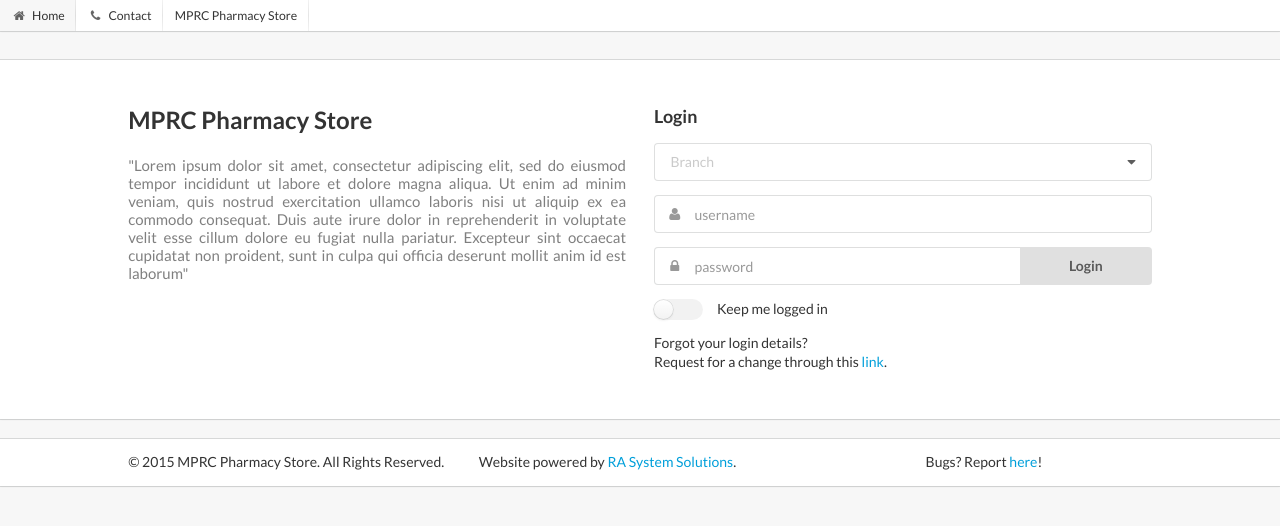
Repository: thdrwngkd/oims
Page: public/index.html
The author's editor kept a record of every edit. The page is drawn from the files as they stood at one moment, then again after the next edit.
The browser window is 1280 px wide. The pictures show the whole page.

Above is the page before.

After the next edit:
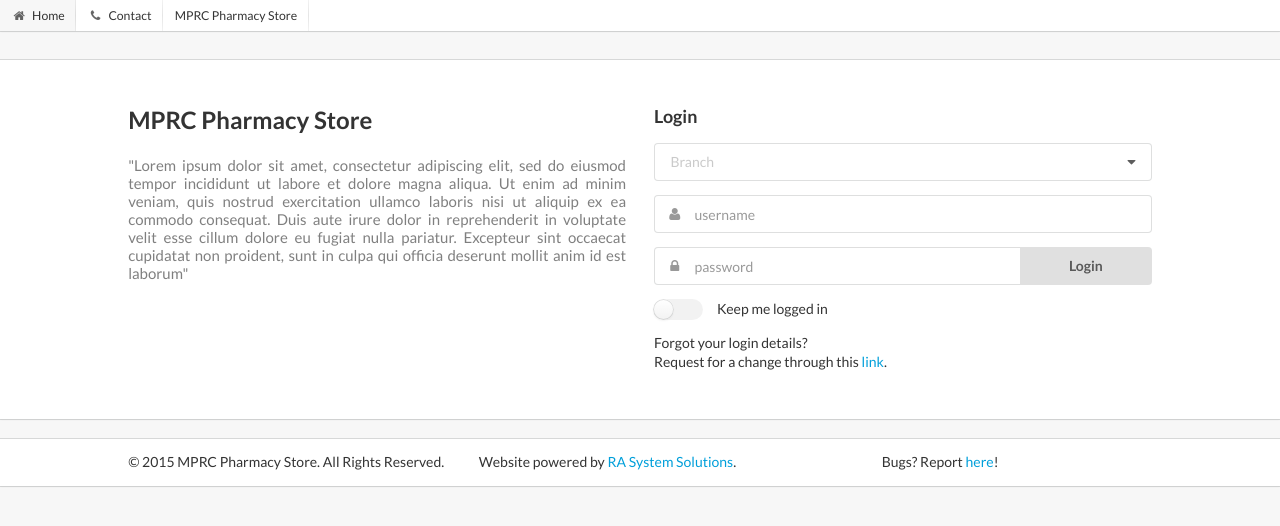
The edit:
--- a/public/index.html
+++ b/public/index.html
@@ -94,7 +94,7 @@
           <div class="column">
             <p>© 2015 MPRC Pharmacy Store. All Rights Reserved.</p>
           </div>
-          <div class="six wide column">
+          <div class="column">
             <p>Website powered by <a href="">RA System Solutions</a>.</p>
           </div>
           <div class="right aligned three wide column">
